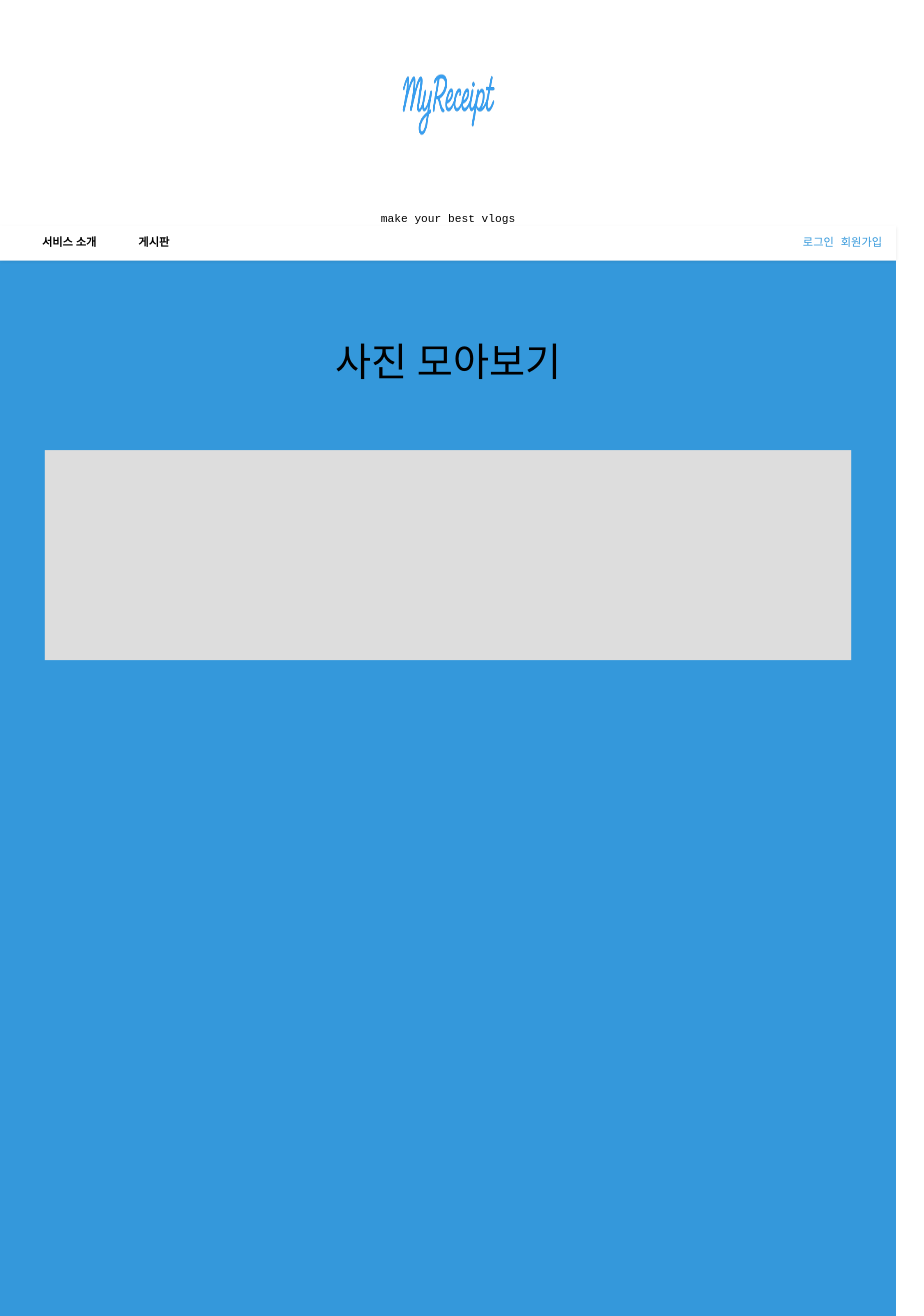
Repository: shong69/mini-project
Page: http://localhost/myReceipt2/index
The author's editor kept a copy of each file at every save. The page is drawn from the files as they stood at one save, then again after the next save.
The browser window is 1280 px wide. The page is 1320 px wide, so the pictures cover 1320 px, including what lies to the right of the window. The pictures show the part of the page from y = 0 to 1880 px (the page is 2152 px tall before and 3037 px after), at 70% of full size.
Some web fonts or font styles are not loaded; a fallback is used. The page is served by Tomcat 10.

Above is the page before, as saved 2025-05-07 01:41:50.

After the next save:
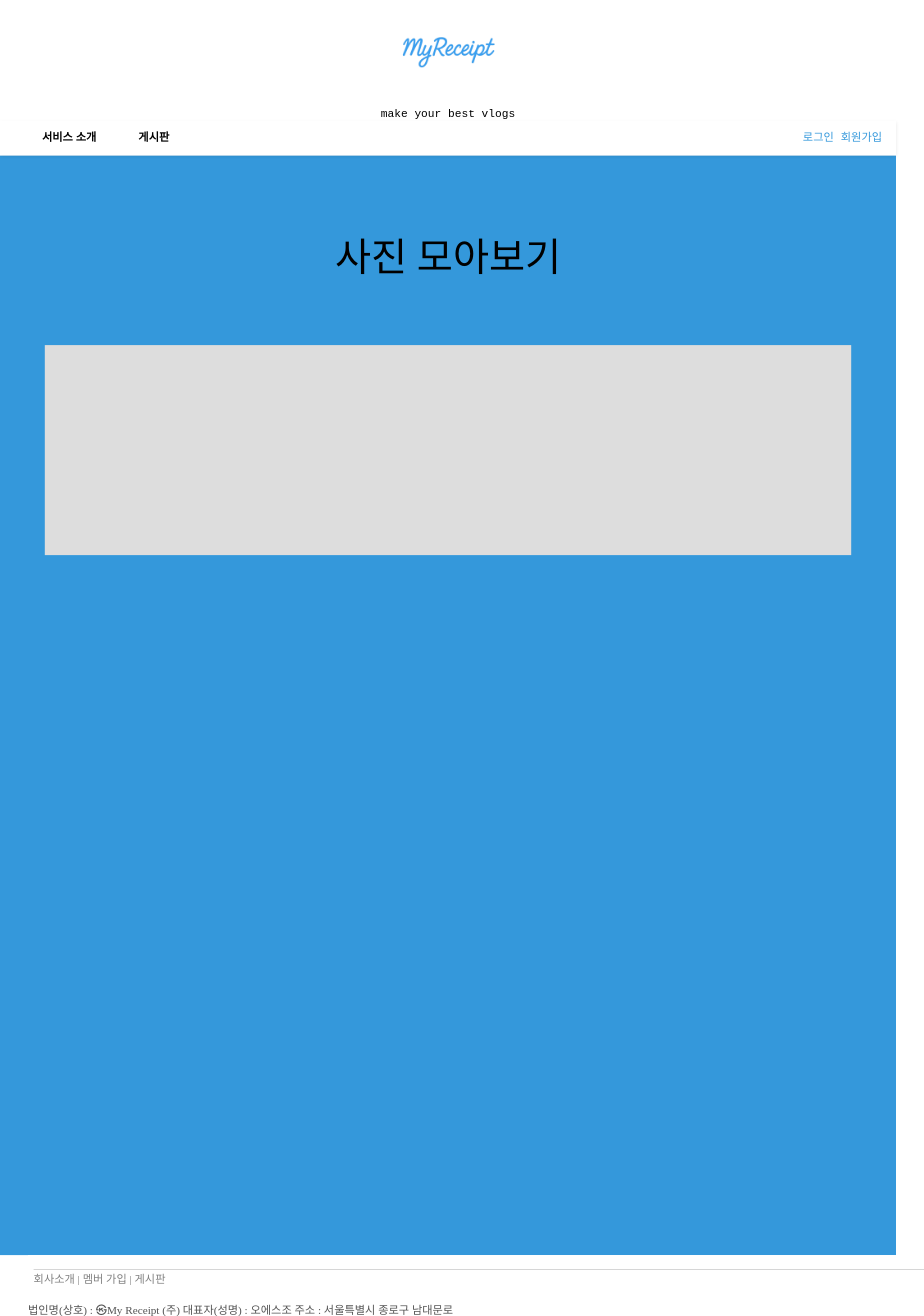
Saved 11 s later.
--- a/jspProject/myReceipt2/src/main/webapp/WEB-INF/views/index.jsp
+++ b/jspProject/myReceipt2/src/main/webapp/WEB-INF/views/index.jsp
@@ -7,11 +7,7 @@
 <title>My Receipt</title>
 <link rel="stylesheet" type="text/css" href="resources/css/main.css">
 <link rel="stylesheet" type="text/css" href="//cdn.jsdelivr.net/npm/slick-carousel@1.8.1/slick/slick.css"/>
-<style rel="stylesheet">
-img{
-	height:300px;
-}
-</style>
+
 <script type="text/javascript" src="resources/js/jquery-3.1.1.min.js"></script>
 <script type="text/javascript" src="//cdn.jsdelivr.net/npm/slick-carousel@1.8.1/slick/slick.min.js"></script>
 <script type="text/javascript">
